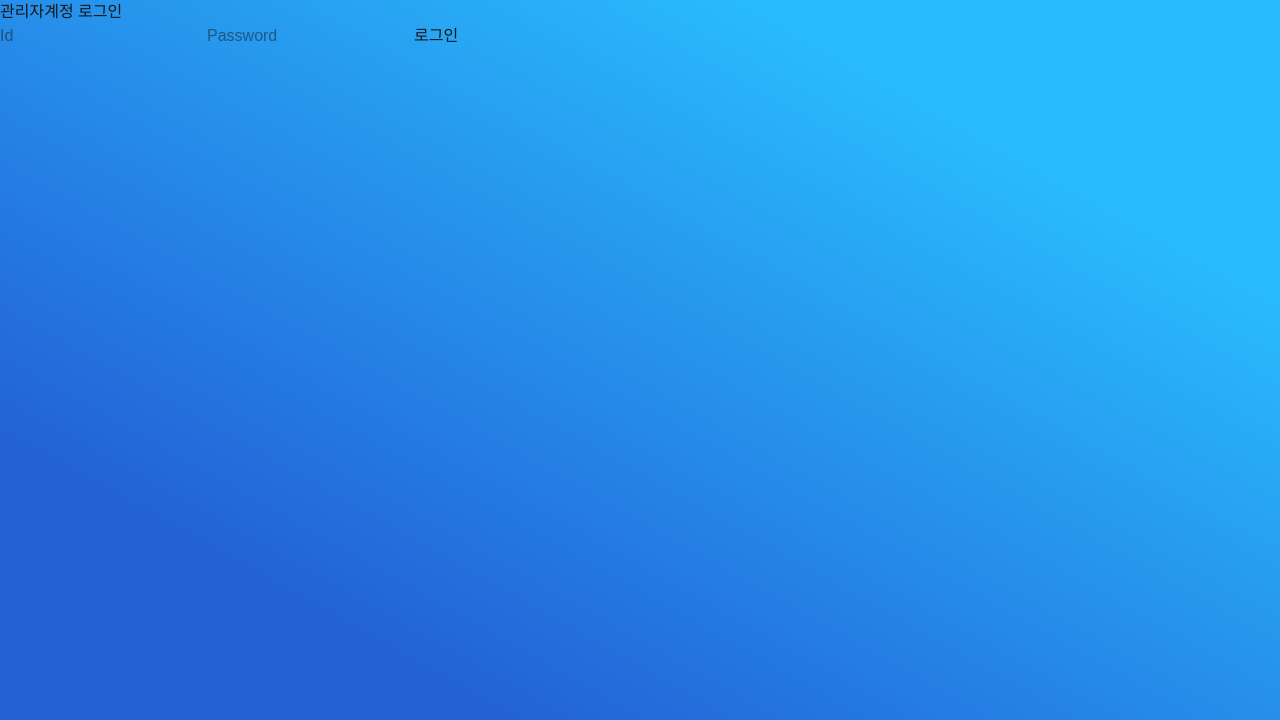
Repository: LEEYONGJUN3068/cms
Page: /login
The author's editor kept a copy of each file at every save. The page is drawn from the files as they stood at one save, then again after the next save.
The browser window is 1280 px wide. The pictures show the whole page.
The page's requests for data from a server got no answer. The project was rebuilt for these pictures with package versions that can differ from the ones it lists, and the page was loaded fresh each time. The framework's server and built-in components were replaced by stand-ins that run in the browser. No one was signed in, and anything a server would have sent is missing. Also part of the build but not shown: next.config.mjs.

Above is the page before, as saved 2025-09-23 13:25:25.

After the next save:
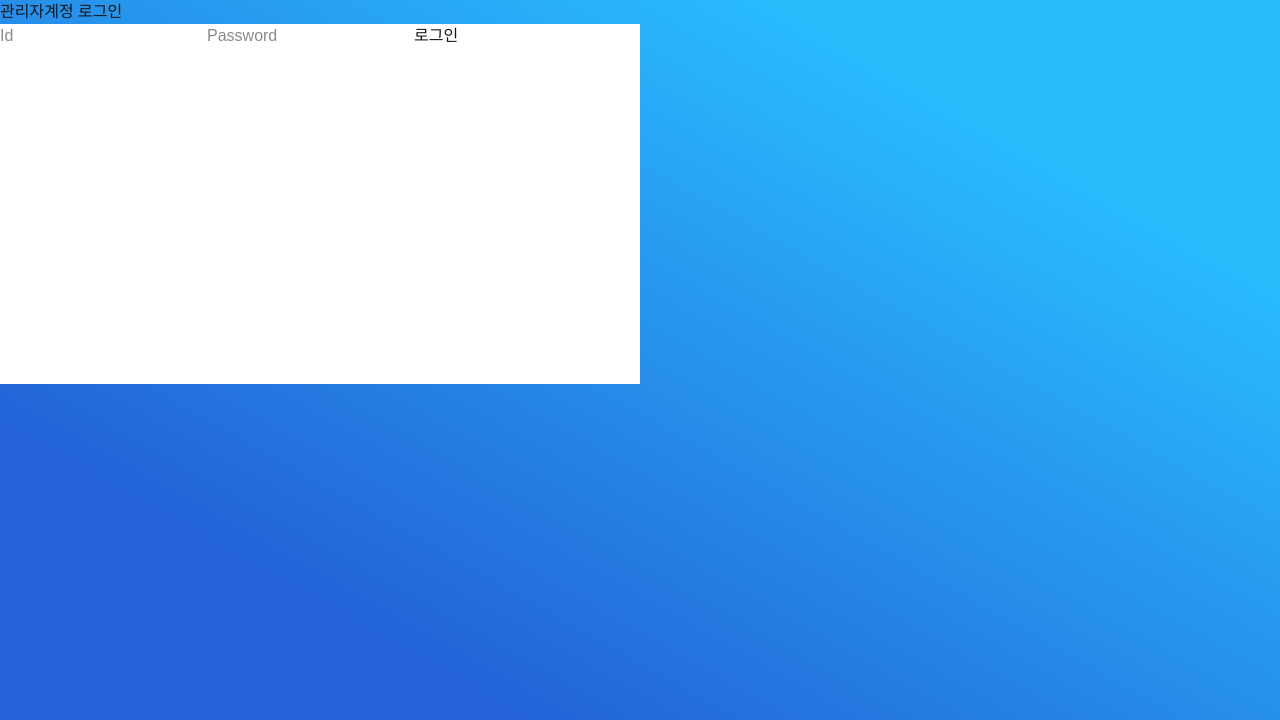
Saved 26 s later.
--- a/src/app/login/login.module.scss
+++ b/src/app/login/login.module.scss
@@ -2,4 +2,10 @@
     background: linear-gradient(to bottom left, #29bcfd 20%, #2362d7 80%);
     width: 100%;
     height: 100vh;
+
+    .form{
+        width: 50%;
+        height: 50vh;
+        background-color: #fff;
+    }
 }

After the save that followed:
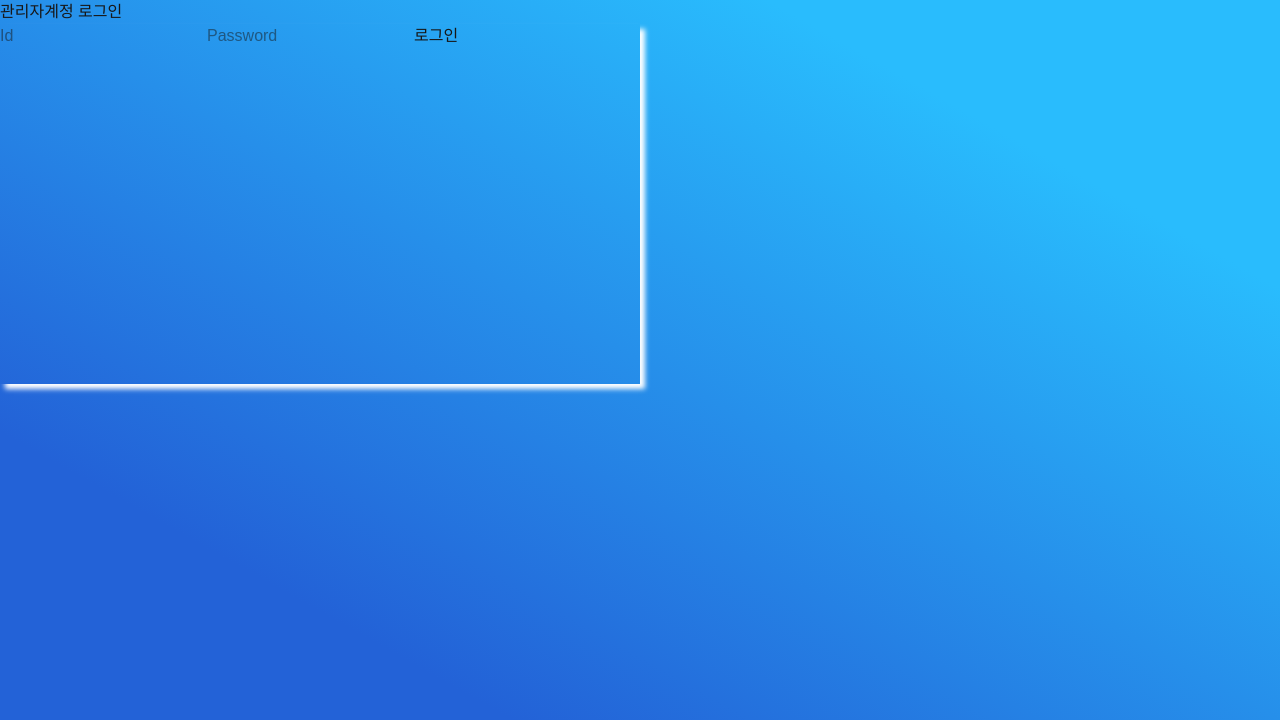
Saved 16 s later.
--- a/src/app/login/login.module.scss
+++ b/src/app/login/login.module.scss
@@ -6,6 +6,7 @@
     .form{
         width: 50%;
         height: 50vh;
-        background-color: #fff;
+        background-color: transparent;
+        box-shadow: 5px 5px 5px #fff;
     }
 }
